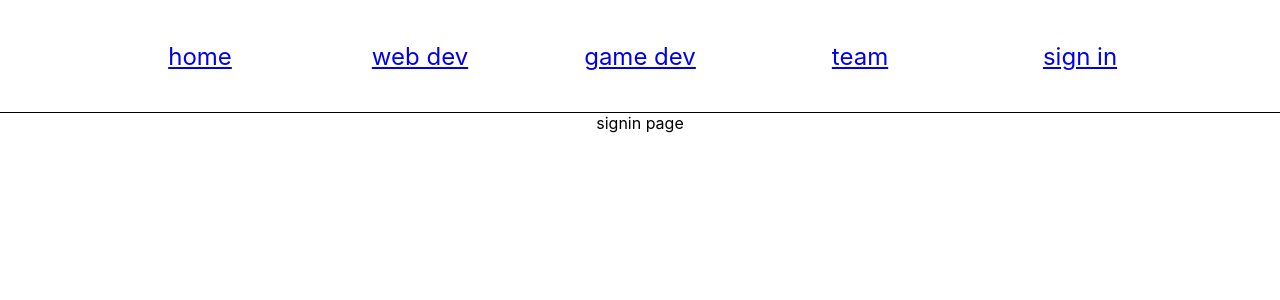
Repository: romAtam/5778
Page: /signin
These files come from the project's save history. The page is drawn as it stood at one moment and after the next save; the edit follows.
The browser window is 1280 px wide. The pictures show the whole page.
The project was rebuilt for these pictures with package versions that can differ from the ones it lists, and the page was loaded fresh each time. Also part of the build but not shown: src/Pages/Home.js, src/Pages/Game.js, src/Pages/Web.js, src/Pages/Team.js, src/Pages/User.js.

Above is the page before, as saved 2021-12-11 16:50:22.

### src/index.js
import React from 'react';
import ReactDOM from 'react-dom';
import './index.css';
import App from './App';

import {BrowserRouter as Router} from "react-router-dom"
ReactDOM.render(
  <React.StrictMode>
    <Router>
       <App />
    </Router>

  </React.StrictMode>,
  document.getElementById('root')
);

### src/App.js

import './App.css';
import Nav from './Nav'
import {Routes,Route,useParams} from "react-router-dom"
import Home from "./Pages/Home"
import Game from "./Pages/Game"
import Web from "./Pages/Web"
import Team from "./Pages/Team"
import Signin from "./Pages/Signin"
import User from "./Pages/User"
function App() {
  return (
    <div className="App">
<Nav/>
<Routes>
  <Route path="/" element={<Home/>}/>
  <Route path="/game" element={<Game/>}/>
  <Route path="/web" element={<Web/>}/>
  <Route path="/team" element={<Team/>}>
      <Route path=":id" element={<User/>}/>
  </Route>

  <Route path="/signin" element={<Signin/>}/>
</Routes>



    </div>
  );
}




export default App;

### src/Nav.js
import React from 'react'
import{Link} from "react-router-dom"
import styled from "styled-components"

const NavContainer=styled.div`
display: grid;
grid-gap:20px;
justify-content:center;
align-items:center;
height:80px;
font-size:1.5rem;
padding:1rem 2rem;
border-bottom: 1px solid #000;
grid-template-columns: repeat(5,minmax(100px,200px));
@media (max-width: 768px){
    grid-template-columns: 1fr;
    height:100vh;
    max-height:800px ;
}

`
const Nav = () => {



    return (
        <NavContainer>
               <Link to="/">home</Link>
               <Link to="/web">web dev</Link>
               <Link to="/game">game dev</Link>
               <Link to="/team">team</Link>
               <Link to="/signin">sign in</Link>
        </NavContainer>
    )
}

export default Nav

### src/Pages/Signin.js
import React from 'react'

const Signin = () => {
    return (
        <div>
            signin page
        </div>
    )
}

export default Signin

Loaded but not shown: public/index.html (common file); src/index.css (common file); src/App.css (common file)

After the next save:
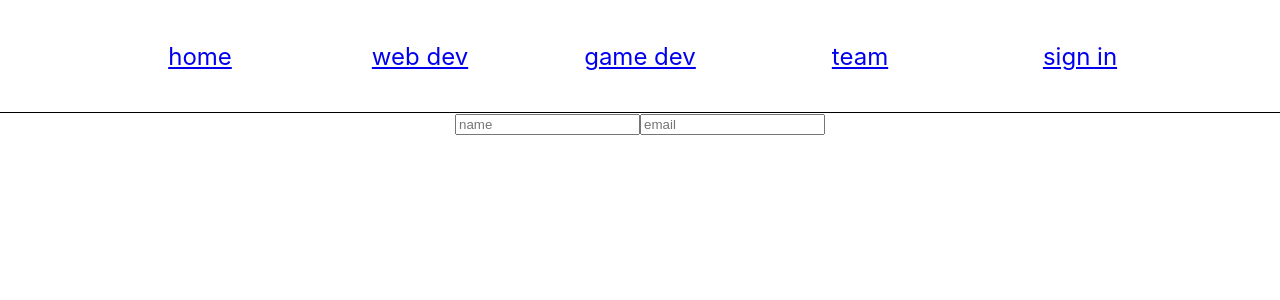
Saved 4 h 55 min later.
--- a/src/Pages/Signin.js
+++ b/src/Pages/Signin.js
@@ -3,7 +3,8 @@ import React from 'react'
 const Signin = () => {
     return (
         <div>
-            signin page
+ <input type="text" placeholder="name"/>
+ <input type="email" placeholder="email"/>
         </div>
     )
 }
